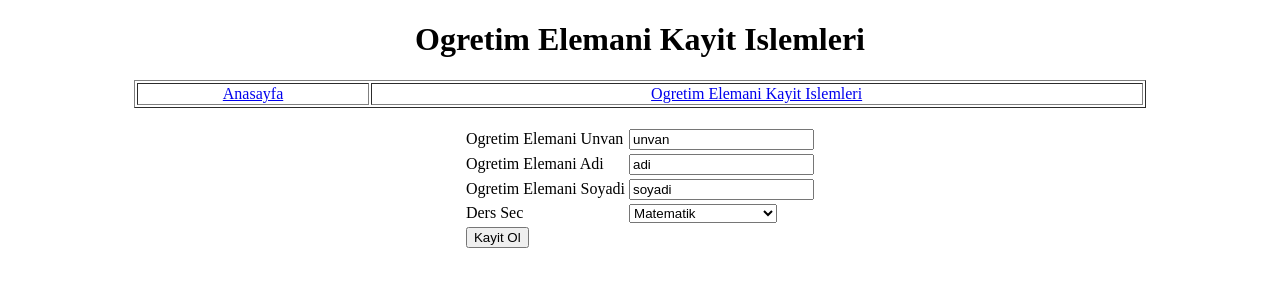
Repository: Egemen-ve-Burakhan-internet-final/final
Page: http://localhost/ogretim/ogretmen_kayit.jsp
An editor plug-in stored every save of this project. The page is shown before and after the next save, followed by the edit.
The browser window is 1280 px wide. The pictures show the whole page.
The page is served by Tomcat 9.

Above is the page before, as saved 2020-05-25 14:30:45.

After the next save:
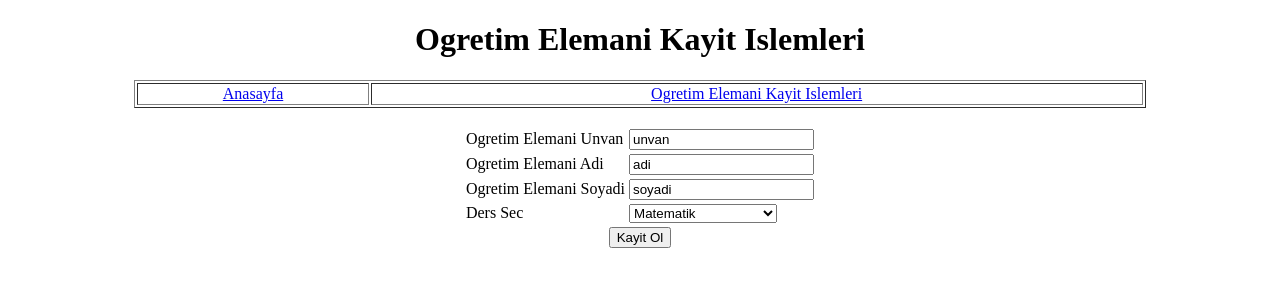
Saved 14 s later.
--- a/okul/ogretim/WebContent/ogretmen_kayit.jsp
+++ b/okul/ogretim/WebContent/ogretmen_kayit.jsp
@@ -58,7 +58,7 @@
 			 			</td>
 					</tr>
 					<tr>
-						<td colspan="2"><input type="button" name="buton" value="Kayit Ol"></td>
+						<td colspan="2" align=center><input type="button" name="buton" value="Kayit Ol"></td>
 					</tr>
 				</table>
 			</form>
